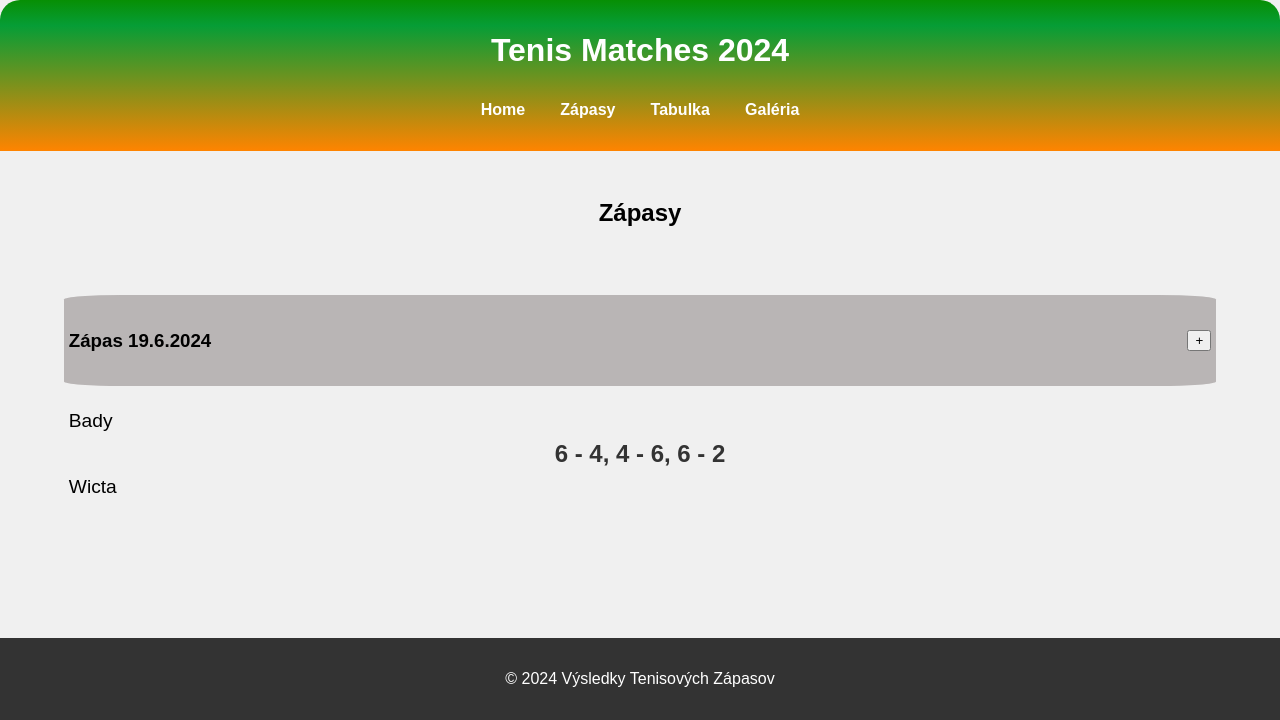
Repository: Badynko/tenis
Page: matches.html
These files come from the project's save history. The page is drawn as it stood at one moment and after the next save; the edit follows.
The browser window is 1280 px wide. The pictures show the whole page.

Above is the page before, as saved 2024-07-23 17:40:09.

### matches.html
<!DOCTYPE html>
<html lang="sk">
  <head>
    <meta charset="UTF-8" />
    <meta name="viewport" content="width=device-width, initial-scale=1.0" />
    <title>Tenis Matches 2024</title>
    <link rel="stylesheet" href="css/style.css" />
  </head>
  <body>
    <header>
      <h1>Tenis Matches 2024</h1>
      <nav>
        <ul class="menu">
          <li><a href="index.html">Home</a></li>
          <li><a href="matches.html">Zápasy</a></li>
          <li><a href="table.html">Tabulka</a></li>
          <li><a href="gallery.html">Galéria</a></li>
        </ul>
      </nav>
    </header>
    <main>
      <section id="zapasy">
        <h2>Zápasy</h2>

        <div class="accordion-container">
          <div class="accordion">
            <div class="accordion-header">
              <h3>Zápas 19.6.2024</h3>
              <button>+</button>
            </div>
            <div class="accordion-body">
              <div class="player">Bady</div>
              <div class="score">6 - 4, 4 - 6, 6 - 2</div>
              <div class="player">Wicta</div>
            </div>
          </div>
        </div>

        <!--<button class="match">
          Zápas 7
          <p>19.6.2024</p>
        </button>
        <div class="accordion, hidden">
          <div class="player">Bady</div>
          <div class="score">6 - 4, 4 - 6, 6 - 2</div>
          <div class="player">Wicta</div>
        </div>

        <button class="match">
          Zápas 6
          <p>16.6.2024</p>
        </button>
        <div class="accordion, hidden">
          <div class="player">Bady</div>
          <div class="score">6 - 3, 7 - 5</div>
          <div class="player">Wicta</div>
        </div>

        <button class="match">
          Zápas 5
          <p>13.6.2024</p>
        </button>
        <div class="accordion, hidden">
          <div class="player">Bady</div>
          <div class="score">6 - 3, 7 - 5</div>
          <div class="player">Wicta</div>
        </div>-->
      </section>
    </main>
    <footer>
      <p>&copy; 2024 Výsledky Tenisových Zápasov</p>
    </footer>
    <script src="js/script-matches.js"></script>
  </body>
</html>

### css/style.css
body {
  font-family: Arial, sans-serif;
  margin: 0;
  padding: 0;
  background-color: #f0f0f0;
}

header {
  background-color: #12684e;
  color: #fff;
  text-align: center;
  padding: 1rem 0;
  border-radius: 20px 20px 0 0;
  background: rgb(7, 143, 4);
  background: linear-gradient(
    180deg,
    rgba(7, 143, 4, 1) 0%,
    rgba(6, 157, 54, 1) 17%,
    rgba(255, 132, 0, 1) 100%
  );
  font-family: Century Gothic, CenturyGothic, AppleGothic, sans-serif;
}

h1 {
  margin: 0;
  margin-top: 1rem;
}

nav {
  margin: 2rem 0;
  margin-bottom: 0;
}

.menu {
  list-style-type: none;
  padding: 0;
  display: flex;
  justify-content: center;
}

.menu li {
  margin: 0 1rem;
}

.menu a {
  color: #fff;
  text-decoration: none;
  padding: 0.5rem 0.1rem;
  border-radius: 5px;
  transition: background-color 0.3s;
  font-weight: bold;
}

.menu a:hover {
  background-color: #575757;
}

main {
  padding: 1rem;
  text-align: center;
}

section {
  margin: 2rem 0;
}

.match {
  background-color: #fff;
  padding: 1rem;
  border-radius: 5px;
  box-shadow: 0 0 10px rgba(0, 0, 0, 0.1);
  display: flex;
  justify-content: space-between;
  align-items: center;
  flex-wrap: wrap;
}

.player {
  font-size: 1.2rem;
  flex: 1 1 100%;
  text-align: center;
  margin: 0.5rem 0;
}

.score {
  font-size: 1.5rem;
  flex: 1 1 100%;
  text-align: center;
  font-weight: bold;
  color: #333;
  margin: 0.5rem 0;
}

footer {
  background-color: #333;
  color: #fff;
  text-align: center;
  padding: 1rem 0;
  position: fixed;
  left: 0;
  bottom: 0;
  width: 100%;
}

@media (min-width: 600px) {
  .match {
    flex-wrap: nowrap;
  }

  .player,
  .score {
    flex: 1;
    text-align: left;
  }

  .score {
    text-align: center;
  }
}

/* HOME SLIDER */
.slider {
  margin-top: 3rem;
  width: 100%;
  padding-bottom: 50%;
}
.slider img {
  width: 100%;
}
.wrapper {
  width: 100%;
  margin: 0;
}
@media only screen and (min-width: 1024px) {
  .wrapper {
    width: 1024px;
    margin: auto;
  }
}

/* Accordion Styles */

.accordion-container {
  padding: 3rem;
}

.accordion-header,
.accordion-body {
  padding: 1rem 0.3rem;
}

.accordion-header {
  display: flex;
  justify-content: space-between;
  align-items: center;
  background-color: #b9b5b5;
  border-radius: 5%;
}

Loaded but not shown: js/script-matches.js (common file)

After the next save:
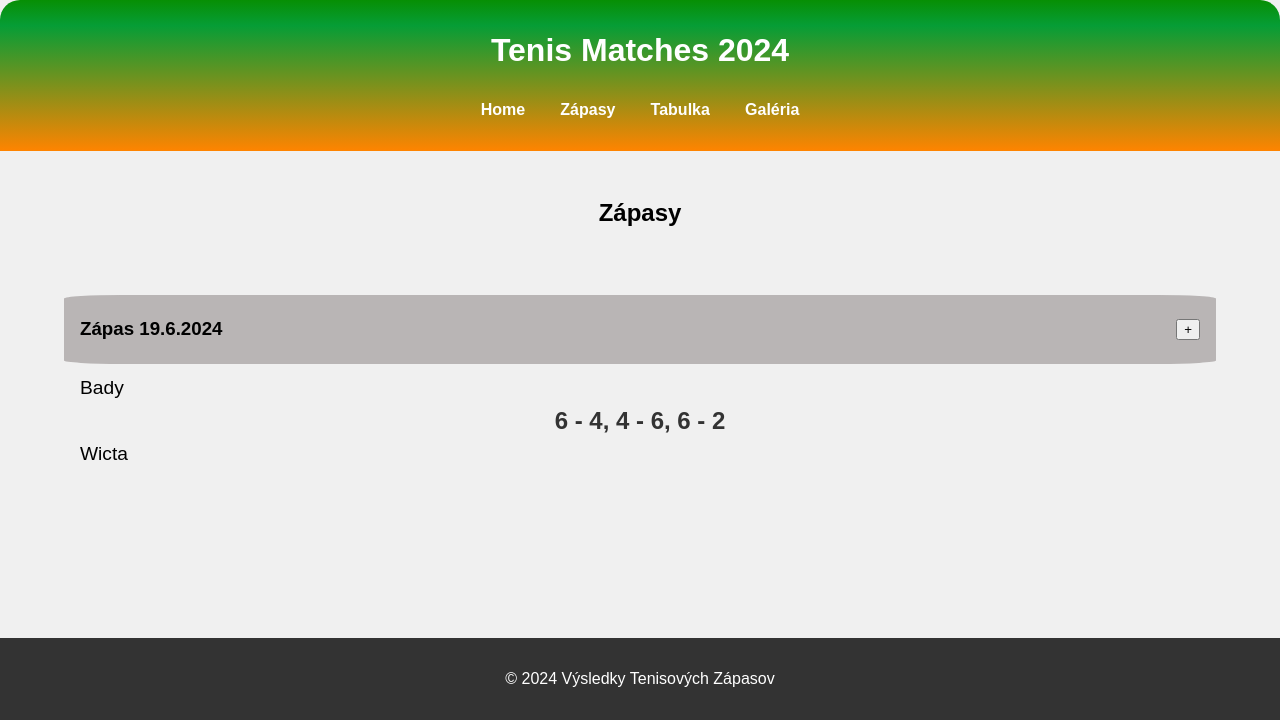
Saved 10 s later.
--- a/css/style.css
+++ b/css/style.css
@@ -146,7 +146,7 @@ footer {
 
 .accordion-header,
 .accordion-body {
-  padding: 1rem 0.3rem;
+  padding: 0.3rem 1rem;
 }
 
 .accordion-header {
